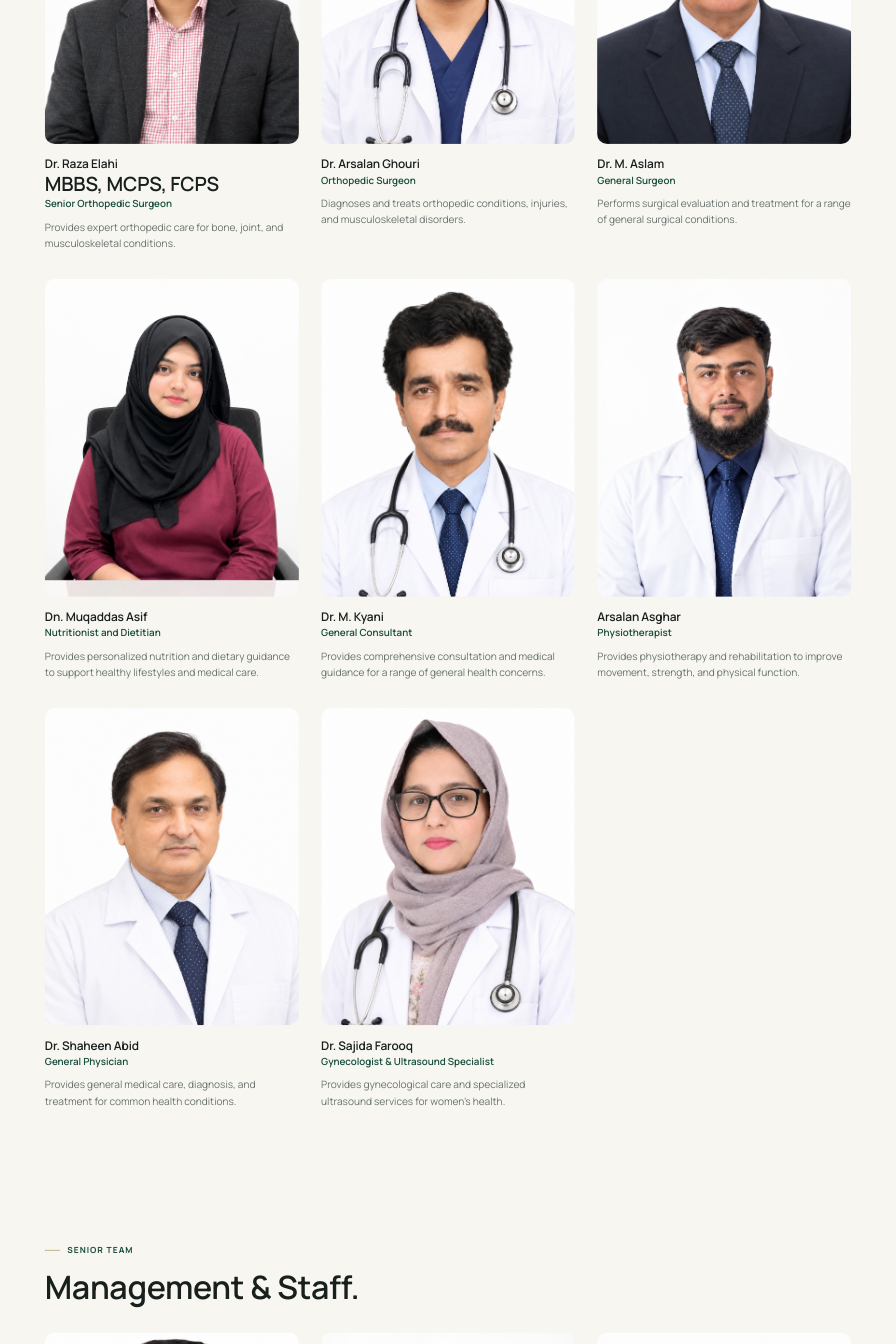
Repository: mraeesaziz45/al-farah
Page: team.html
These files come from the project's save history. The page is drawn as it stood at one moment and after the next save; the edit follows.
The browser window is 1280 px wide. The pictures show the part of the page from y = 1802 to 3722 px (the page is 5875 px tall before and 5868 px after), at 70% of full size.

Above is the page before, as saved 2026-09-28 17:56:55.

### team.html
<!DOCTYPE html>
<html lang="en">
<head>
<meta charset="UTF-8">
<meta name="viewport" content="width=device-width, initial-scale=1.0">
<title>Team — Al-Farah Medical Center</title>
<meta name="description" content="Meet the physicians and staff of Al-Farah Medical Center, led by our Founder and Director.">
<meta property="og:title" content="Team — Al-Farah Medical Center">
<meta property="og:description" content="The people behind the care.">
<meta property="og:type" content="website">
<link rel="preconnect" href="https://fonts.googleapis.com">
<link rel="preconnect" href="https://fonts.gstatic.com" crossorigin>
<link href="https://fonts.googleapis.com/css2?family=Manrope:wght@400;500;600;700&family=DM+Serif+Display:ital@0;1&display=swap" rel="stylesheet">
<link rel="stylesheet" href="css/style.css">
</head>
<body>
<a href="#main" class="skip-link">Skip to content</a>

<header class="site-header">
  <div class="container header-inner">
    <a href="index.html" class="logo-link">
      <img src="assets/logo/logo-placeholder.svg" alt="Al-Farah Medical Center" width="180" height="52">
    </a>
    <nav class="main-nav" aria-label="Primary">
      <a href="index.html">Home</a>
      <a href="services.html">Services</a>
      <a href="team.html" aria-current="page">Team</a>
      <a href="about.html">About</a>
      <a href="contact.html">Contact</a>
    </nav>
    <div class="header-actions">
      <a href="contact.html" class="btn btn-primary header-cta-desktop">Book an Appointment</a>
      <button class="menu-toggle" aria-expanded="false" aria-controls="mobileMenu" aria-label="Open menu">
        <span class="bar"></span>
      </button>
    </div>
  </div>
</header>

<div class="mobile-menu" id="mobileMenu">
  <div class="mobile-menu-top">
    <img src="assets/logo/logo-placeholder.svg" alt="Al-Farah Medical Center" width="150" height="44">
    <button class="mobile-menu-close" aria-label="Close menu">
      <svg viewBox="0 0 24 24" fill="none" stroke="currentColor" stroke-width="1.6"><line x1="5" y1="5" x2="19" y2="19"/><line x1="19" y1="5" x2="5" y2="19"/></svg>
    </button>
  </div>
  <nav class="mobile-nav" aria-label="Mobile">
    <a href="index.html">Home</a>
    <a href="services.html">Services</a>
    <a href="team.html" aria-current="page">Team</a>
    <a href="about.html">About</a>
    <a href="contact.html">Contact</a>
  </nav>
  <div class="mobile-menu-cta">
    <a href="contact.html" class="btn btn-primary">Book an Appointment</a>
  </div>
</div>

<main id="main">

  <section class="page-hero dark bg-forest-deep">
    <div class="container">
      <p class="eyebrow" data-reveal>Our People</p>
      <h1 class="page-heading h1" data-reveal>The people behind the care.</h1>
      <p class="body-lg" data-reveal>Al-Farah is led by a small team of physicians and support staff who work together across consultation, diagnostics, and follow-up.</p>
    </div>
  </section>

  <section class="bg-white">
    <div class="container">
      <div class="team-feature">
        <div class="team-feature-media" data-reveal>
          <img src="assets/images/team/director-2.png" alt="Portrait of the Director, placeholder photograph" width="1200" height="1600" loading="lazy" decoding="async">
        </div>
        <div class="team-feature-content" data-reveal>
          <p class="eyebrow">Leadership</p>
          <h2 class="h2">M. Raees Aziz</h2>
          <span class="team-feature-role">Founder &amp; Director</span>
          <p>Mr. M. Raees Aziz founded Al-Farah Medical Center in 2020 with a simple vision, to create a place where patients receive not only consultation and diagnosis, but also clear guidance and genuine care.</p>
          <p>Since 2012, I have been working alongside senior orthopedic surgeons as a surgical assistant, gaining 14 years of practical experience in orthopedic surgical procedures, patient care, and clinical teamwork. This experience has shaped my understanding of the importance of precision, responsibility, and putting the patient first.</p>
          <p>At Al-Farah Medical Center, our aim is simple — to listen carefully, provide the right guidance, and ensure that every patient leaves with greater clarity about their health and the next step in their care.</p>
        </div>
      </div>
    </div>
  </section>

  <section class="bg-cream">
    <div class="container">
      <div class="section-head team-section-label" data-reveal>
        <p class="eyebrow">Our Doctors</p>
        <h2 class="h2">Consultants and Surgeons.</h2>
      </div>
      <div class="team-grid" data-reveal-group>
        <div class="team-card" data-reveal>
          <div class="team-card-media">
            <img src="assets/images/team/dr-raza-elahi.png" alt="Portrait placeholder for the clinic accountant" width="1000" height="1250" loading="lazy" decoding="async">
          </div>
          <h3 class="h4">Dr. Raza Elahi</h3>
          <h2 class="h3">MBBS, MCPS, FCPS</h2>
          <span class="role">Senior Orthopedic Surgeon</span>
          <p class="bio">Provides expert orthopedic care for bone, joint, and musculoskeletal conditions.</p>
        </div>
        <div class="team-card" data-reveal>
          <div class="team-card-media">
            <img src="assets/images/team/arsalan-ghori.png" alt="Portrait placeholder for a radiologist" width="1000" height="1250" loading="lazy" decoding="async">
          </div>
          <h3 class="h4">Dr. Arsalan Ghouri</h3>
          <span class="role">Orthopedic Surgeon</span>
          <p class="bio">Diagnoses and treats orthopedic conditions, injuries, and musculoskeletal disorders.</p>
        </div>
        <div class="team-card" data-reveal>
          <div class="team-card-media">
            <img src="assets/images/team/dr-aslam.png" alt="Portrait placeholder for a radiologist" width="1000" height="1250" loading="lazy" decoding="async">
          </div>
          <h3 class="h4">Dr. M. Aslam</h3>
          <span class="role">General Surgeon</span>
          <p class="bio">Performs surgical evaluation and treatment for a range of general surgical conditions.</p>
        </div>
        <div class="team-card" data-reveal>
          <div class="team-card-media">
            <img src="assets/images/team/muqaddas-asif.png" alt="Portrait placeholder for a radiologist" width="1000" height="1250" loading="lazy" decoding="async">
          </div>
          <h3 class="h4">Dn. Muqaddas Asif</h3>
          <span class="role">Nutritionist and Dietitian</span>
          <p class="bio">Provides personalized nutrition and dietary guidance to support healthy lifestyles and medical care.</p>
        </div>
        <div class="team-card" data-reveal>
          <div class="team-card-media">
            <img src="assets/images/team/dr-kyani.png" alt="Portrait placeholder for a radiologist" width="1000" height="1250" loading="lazy" decoding="async">
          </div>
          <h3 class="h4">Dr. M. Kyani</h3>
          <span class="role">General Consultant</span>
          <p class="bio">Provides comprehensive consultation and medical guidance for a range of general health concerns.</p>
        </div>
        <div class="team-card" data-reveal>
          <div class="team-card-media">
            <img src="assets/images/team/arsalan.png" alt="Portrait placeholder for a radiologist" width="1000" height="1250" loading="lazy" decoding="async">
          </div>
          <h3 class="h4">Arsalan Asghar</h3>
          <span class="role">Physiotherapist</span>
          <p class="bio">Provides physiotherapy and rehabilitation to improve movement, strength, and physical function.</p>
        </div>
        <div class="team-card" data-reveal>
          <div class="team-card-media">
            <img src="assets/images/team/dr-shaheen-abid.png" alt="Portrait placeholder for a radiologist" width="1000" height="1250" loading="lazy" decoding="async">
          </div>
          <h3 class="h4">Dr. Shaheen Abid</h3>
          <span class="role">General Physician</span>
          <p class="bio">Provides general medical care, diagnosis, and treatment for common health conditions.</p>
        </div>
        <div class="team-card" data-reveal>
          <div class="team-card-media">
            <img src="assets/images/team/dr-sajida.png" alt="Portrait placeholder for a radiologist" width="1000" height="1250" loading="lazy" decoding="async">
          </div>
          <h3 class="h4">Dr. Sajida Farooq</h3>
          <span class="role">Gynecologist &amp; Ultrasound Specialist</span>
          <p class="bio">Provides gynecological care and specialized ultrasound services for women’s health.</p>
        </div>

      </div>
    </div>
  </section>

  <section class="bg-cream">
    <div class="container">
      <div class="section-head team-section-label" data-reveal>
        <p class="eyebrow">Senior Team</p>
        <h2 class="h2">Management & Staff.</h2>
      </div>
      <div class="team-grid" data-reveal-group>
        <div class="team-card" data-reveal>
          <div class="team-card-media">
            <img src="assets/images/team/hafiz-khushi.png" alt="Portrait placeholder for the clinic accountant" width="1000" height="1250" loading="lazy" decoding="async">
          </div>
          <h3 class="h4">Hafiz M. Khuhsi</h3>
          <span class="role">Head Manager</span>
          <p class="bio">Oversees the center’s financial operations, billing, and administrative accounts.</p>
        </div>
        <div class="team-card" data-reveal>
          <div class="team-card-media">
            <img src="assets/images/team/benazir.png" alt="Portrait placeholder for a radiologist" width="1000" height="1250" loading="lazy" decoding="async">
          </div>
          <h3 class="h4">Benazir Aziz</h3>
          <span class="role">Accountant</span>
          <p class="bio">Manages accounting, financial records, and billing activities for the center.</p>
        </div>
        <div class="team-card" data-reveal>
          <div class="team-card-media">
            <img src="assets/images/team/aneela-tabassum.png" alt="Portrait placeholder for a radiologist" width="1000" height="1250" loading="lazy" decoding="async">
          </div>
          <h3 class="h4">Anila Tabassum</h3>
          <span class="role">HR Manager</span>
          <p class="bio">Manages human resources, staff coordination, and employee administration.</p>
        </div>
        <div class="team-card" data-reveal>
          <div class="team-card-media">
            <img src="assets/images/team/abdul-isalm.png" alt="Portrait placeholder for a radiologist" width="1000" height="1250" loading="lazy" decoding="async">
          </div>
          <h3 class="h4">Abdul Islam</h3>
          <span class="role">Marketing Executive</span>
          <p class="bio">Promotes the center’s healthcare services and manages marketing activities.</p>
        </div>
        <div class="team-card" data-reveal>
          <div class="team-card-media">
            <img src="assets/images/team/sarfaraz-ahmad.png" alt="Portrait placeholder for a radiologist" width="1000" height="1250" loading="lazy" decoding="async">
          </div>
          <h3 class="h4">M. Sarfaraz Ahmad</h3>
          <span class="role">Marketing Manager</span>
          <p class="bio">Develops marketing strategies and builds relationships to promote the center’s services.</p>
        </div>
      </div>
    </div>
  </section>

  <section class="cta-band bg-forest">
    <div class="container">
      <h2 class="h2" data-reveal>When your health matters, every detail matters.</h2>
      <p class="body-lg" data-reveal>Arrange a consultation with a member of the Al-Farah team.</p>
      <div class="cta-row" data-reveal>
        <a href="contact.html" class="btn btn-primary">Book an Appointment</a>
      </div>
    </div>
  </section>

</main>

<footer class="site-footer">
  <div class="container footer-grid">
    <div>
      <img src="assets/logo/logo-placeholder-light.svg" alt="Al-Farah Medical Center" class="footer-logo" width="170" height="50">
      <p class="footer-about">Al-Farah Medical Center provides trusted medical care with an emphasis on expertise, dignity, and patient-centered service.</p>
    </div>
    <div class="footer-col">
      <p class="footer-col-title">Navigation</p>
      <ul>
        <li><a href="index.html">Home</a></li>
        <li><a href="services.html">Services</a></li>
        <li><a href="team.html">Team</a></li>
        <li><a href="about.html">About</a></li>
        <li><a href="contact.html">Contact</a></li>
      </ul>
    </div>
    <div class="footer-col">
      <p class="footer-col-title">Services</p>
      <ul>
        <li><a href="services.html#radiology">Radiology</a></li>
        <li><a href="services.html#consultation">Consultation</a></li>
        <li><a href="services.html#laboratory">Diagnostics</a></li>
        <li><a href="services.html#specialist">Specialist Care</a></li>
      </ul>
    </div>
    <div class="footer-col">
      <p class="footer-col-title">Contact</p>
      <ul>
        <li>[Clinic Address Placeholder]</li>
        <li>[Phone Number Placeholder]</li>
        <li>[Email Address Placeholder]</li>
        <li>[Opening Hours Placeholder]</li>
      </ul>
    </div>
  </div>
  <div class="container footer-bottom">
    <p>&copy; 2026 Al-Farah Medical Center</p>
    <div class="footer-legal">
      <a href="#">Privacy Policy</a>
      <a href="#">Terms</a>
    </div>
  </div>
</footer>

<script src="js/main.js"></script>
</body>
</html>

Loaded but not shown: js/main.js (276 lines, source omitted); css/style.css (1057 lines, source omitted)

After the next save:
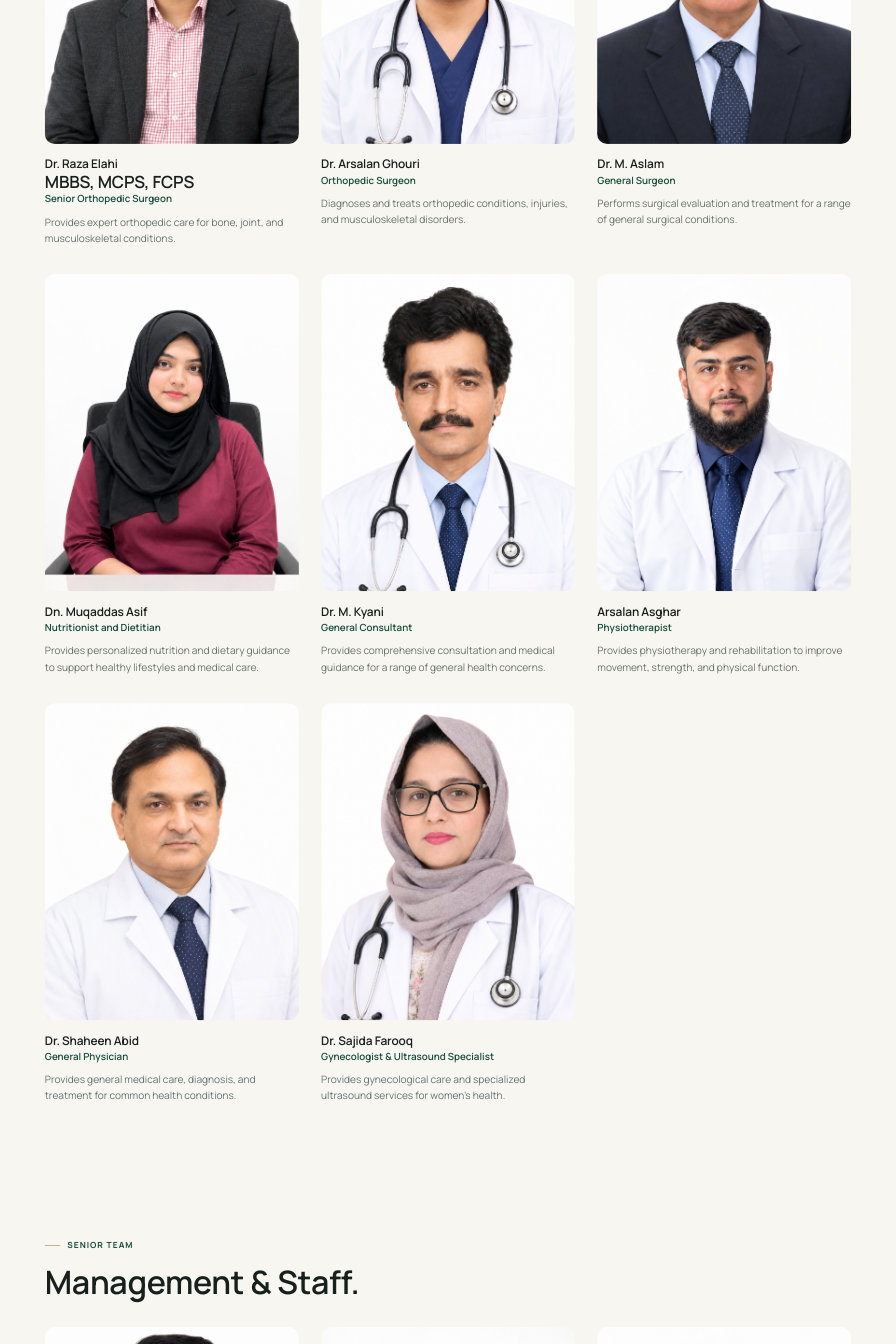
Saved 8 s later.
--- a/team.html
+++ b/team.html
@@ -96,7 +96,7 @@
             <img src="assets/images/team/dr-raza-elahi.png" alt="Portrait placeholder for the clinic accountant" width="1000" height="1250" loading="lazy" decoding="async">
           </div>
           <h3 class="h4">Dr. Raza Elahi</h3>
-          <h2 class="h3">MBBS, MCPS, FCPS</h2>
+          <h2 class="h5">MBBS, MCPS, FCPS</h2>
           <span class="role">Senior Orthopedic Surgeon</span>
           <p class="bio">Provides expert orthopedic care for bone, joint, and musculoskeletal conditions.</p>
         </div>
